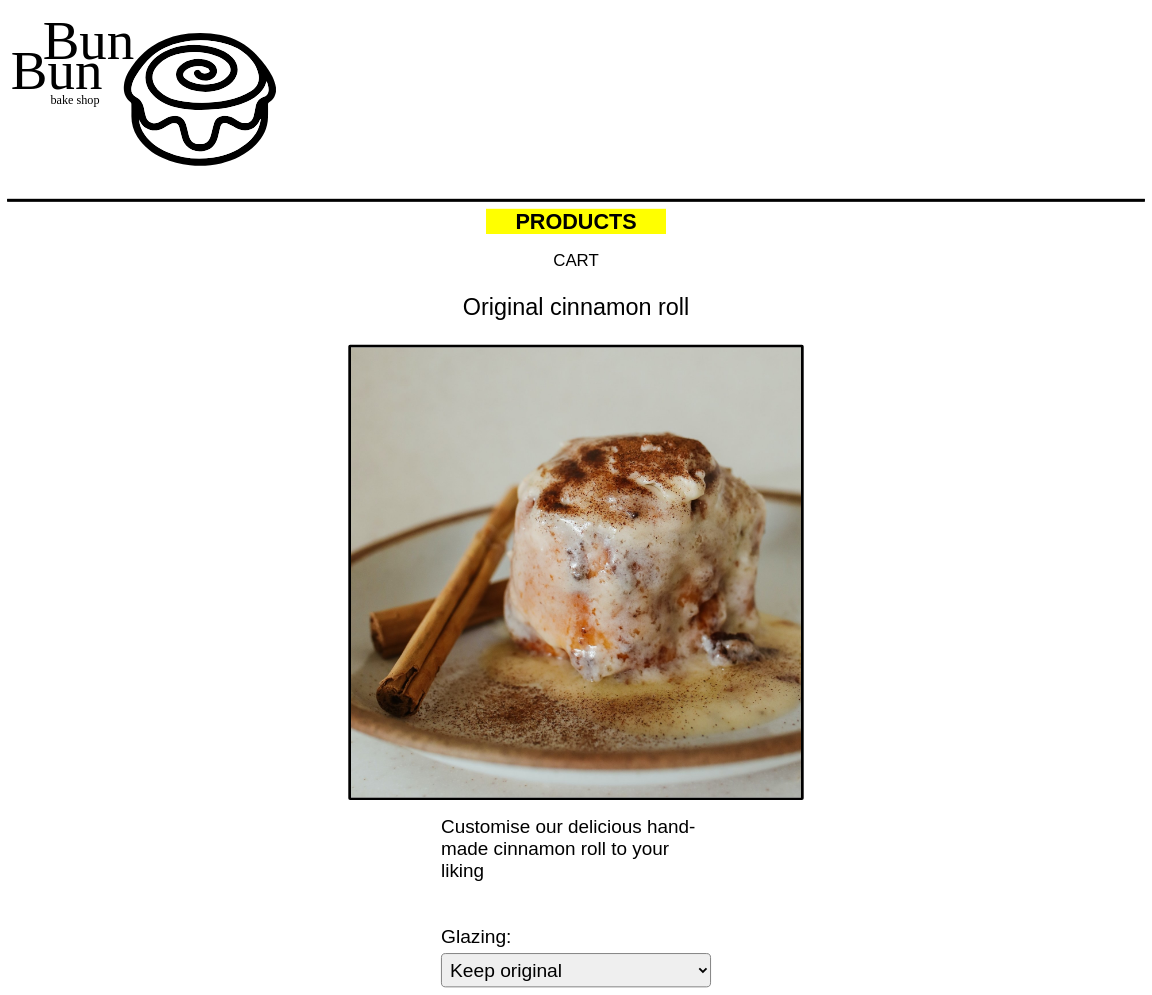
Repository: alicianghm/pui-hw
Page: solution-hw1/HW1-Detail.html
The author's editor kept a copy of each file at every save. The page is drawn from the files as they stood at one save, then again after a run of saves.
The browser window is 1280 px wide. The pictures show the whole page, at 90% of full size.

Above is the page before, as saved 2022-09-08 10:00:19.

### solution-hw1/HW1-Detail.html
<!DOCTYPE html>
<html>
  <head>
    <meta charset="utf-8">
    <meta name="author" content="Alicia Ng">
    <title>Bun Bun Bake Shop</title>
    <link href="hw1.css" rel="stylesheet" type="text/css">
  </head>
  <body>
    <h1 id="logo"><img src="assets/logo-01.svg"></h1>
    <hr size="3"
        color="black">
    <div id="nav">
      <h2 id="selectedButton">PRODUCTS</h2>
      <div class="cartButton"><h3>CART</h3></div>
    </div>
    <div>
      <p class="itemTitle"> Original cinnamon roll</p>
      <img src="assets/original-cinnamon-roll.jpeg" id="itemPage">
      <br>
      <div id="container">
        <p class="description"> Customise our delicious hand-made cinnamon roll to your liking</p>
          <div class="dropdown-detail">
            <p class="dropdownTitle">Glazing:</label>
            <div class="options">
              <select class="glazing">
                <option value="Keep original">Keep original</option>
                <option value="Sugar milk">Sugar milk</option>
                <option value="Vanilla milk">Vanilla milk</option>
                <option value="Double chocolate">Double chocolate</option>
              </select>
            </div>
          </div>
        </div>
      </div>
    </div>
  </body>
  </html>

### solution-hw1/hw1.css
body{
  font-family: Arial, Helvetica, sans-serif;
}

#logo{
  max-width: 300px;
}

h2,h3 {
  font-family: Arial, Helvetica, sans-serif;
  font-weight: 300;
  text-align: center;
}

a{
  text-decoration: none;
  color: black;
}

#nav:hover{
  width: 200px;
  margin: 0 auto;
}

.productButton :hover{
  background-color: yellow;
  vertical-align: middle;
  font-weight: 800;
}

.cartButton :hover{
  background-color: yellow;
  text-align: center;
  font-weight: 800;
}

#container{
  width: 300px;
  margin: 0 auto;
}

p {
  font-family: Arial, Helvetica, sans-serif;
  font-weight: 300;
  text-align: center;
}
#title{
  font-size: 32px;
}
.inventory{
  display: block;
  margin: 0 auto;
  width: 302px;
  padding: 2px;
}
.inventory:hover{
  background-color: yellow;
  margin: 0 auto;
  padding: 2px;
}

#itempic{
  width: 300px;
  margin: 0px auto 0px auto;
  border-radius: 2px;
  border-style: solid;
}
.item{
  text-decoration: underline;
  font-size: 26px;
  text-align: left;
  line-height: auto;
}

.price{
  font-size: 28px;
  text-align: left;
  line-height: 10pt;
}

#selectedButton{
  background-color: yellow;
  font-weight: 800;
  margin: 0 auto;
  width: 200px;

}

.itemTitle{
  font-size: 26px;
}

#itemPage{
  width: 500px;
  border-radius: 2px;
  border-style: solid;
  margin: 0 auto;
  display: block;
}

.description{
  width: 300px;
  margin: 0 auto;
  font-size: 21px;
  text-align: left;
  padding-bottom:50px;
}

.dropButton{
  color: red;
  background-color: white;
  border: black;
  border-style: solid;
  font-size: 16px;
  padding: 10px 50px 10px 5px;
}

.dropdown-detail{
  font-size: 16pt;
}

.glazing{
  font-size: 16pt;
  padding: 5px;
}

p.dropdownTitle{
  padding-bottom: 5px;
  margin: 0 auto;
  text-align: left;
}

.glazing{
  width: 300px;
  border-style: solid;
  border-radius: 5px;
}

After the next 2 saves:
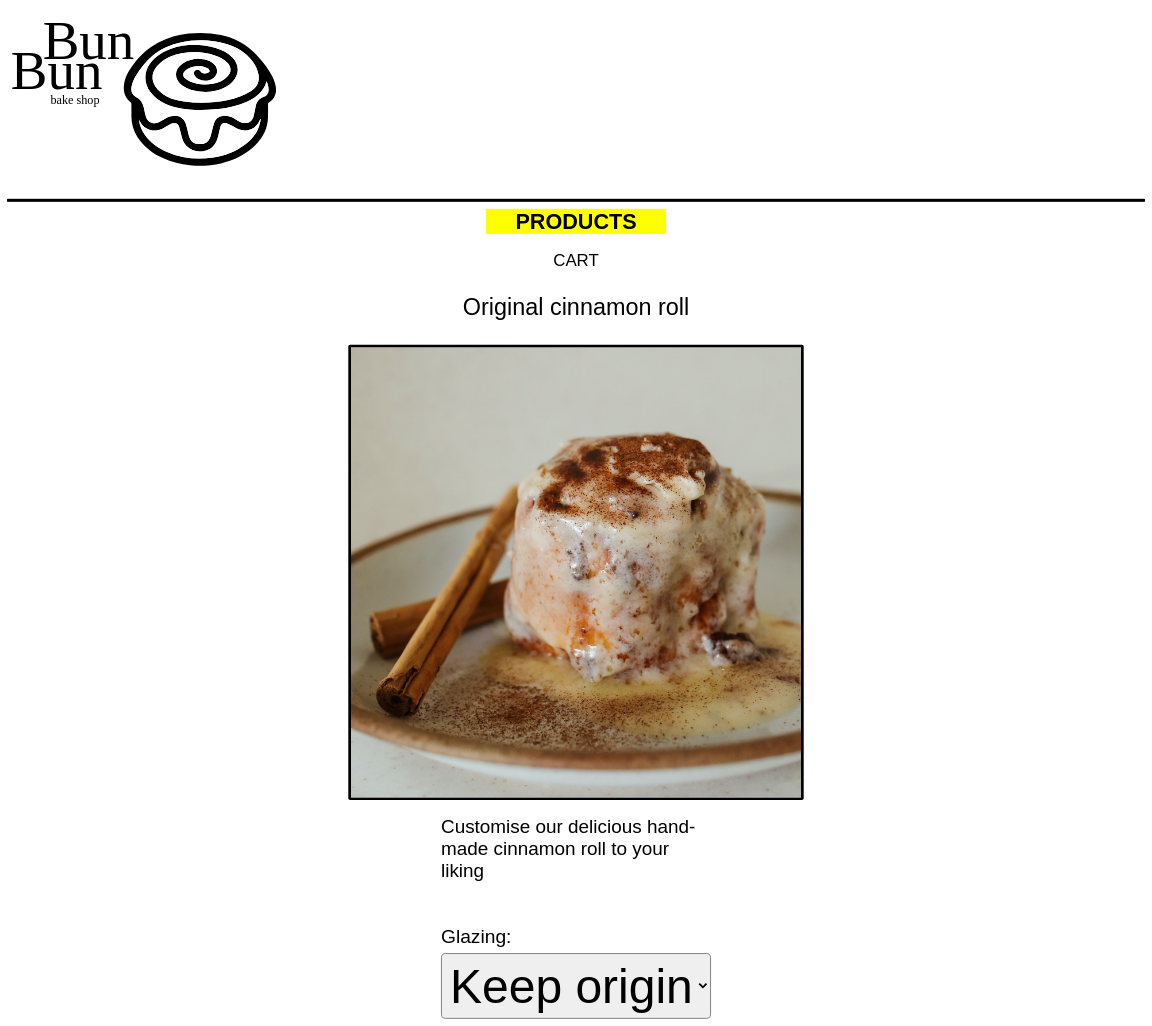
The 2 saves are shown as one change because they came seconds apart.
The last was saved 25 s later.
--- a/solution-hw1/hw1.css
+++ b/solution-hw1/hw1.css
@@ -134,4 +134,5 @@
   width: 300px;
   border-style: solid;
   border-radius: 5px;
+  font-size: 40pt;
 }

After the save that followed:
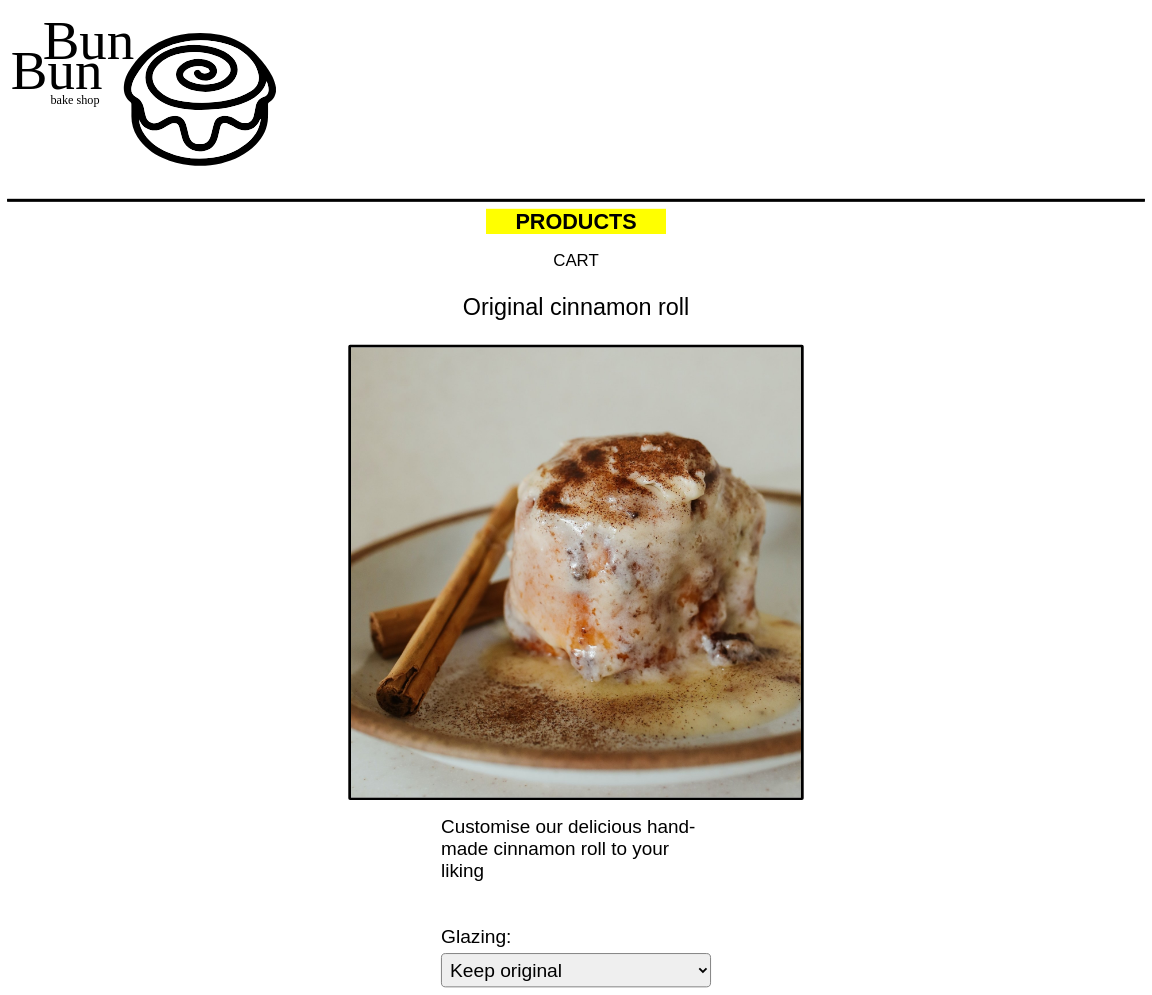
Saved 6 s later.
--- a/solution-hw1/hw1.css
+++ b/solution-hw1/hw1.css
@@ -134,5 +134,4 @@
   width: 300px;
   border-style: solid;
   border-radius: 5px;
-  font-size: 40pt;
 }
